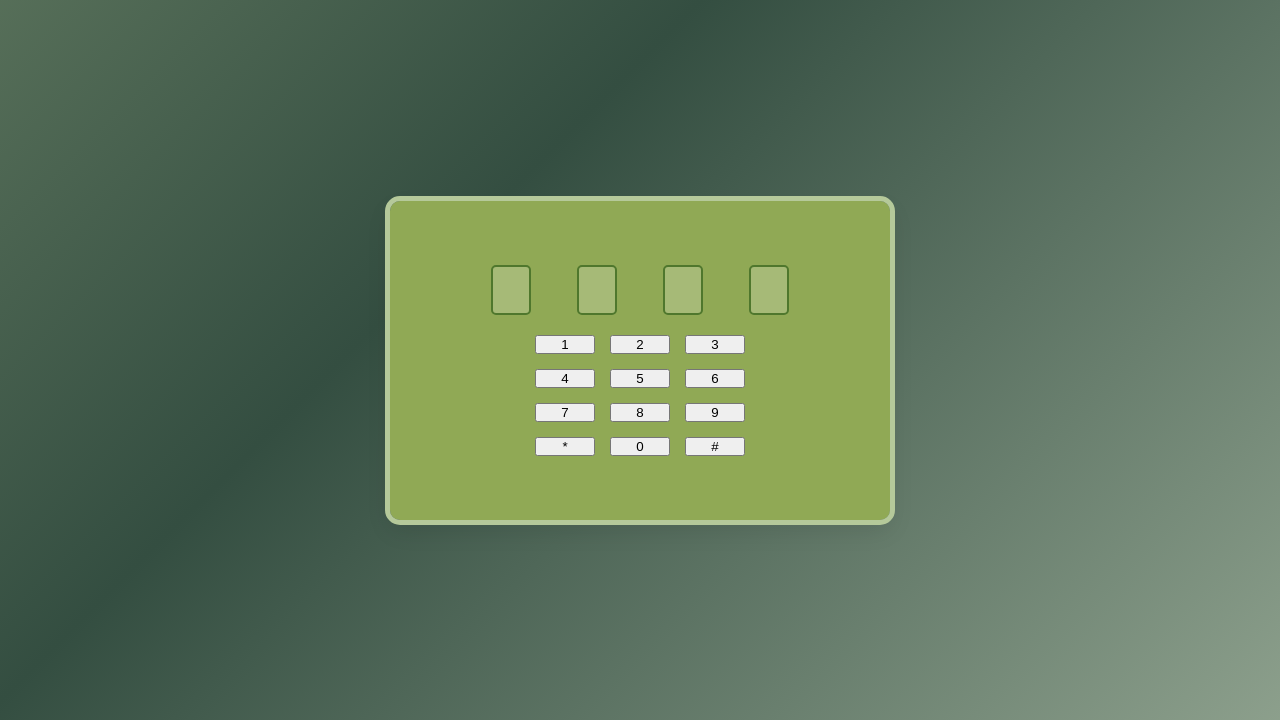
Repository: jahatesu/project-cutie
Page: index.html
The author's editor kept a copy of each file at every save. The page is drawn from the files as they stood at one save, then again after the next save.
The browser window is 1280 px wide. The pictures show the whole page.
Some web libraries are served in a nearby version.

Above is the page before, as saved 2025-08-14 21:04:34.
Console error: TypeError: Cannot read properties of null (reading 'getBoundingClientRect')

After the next save:
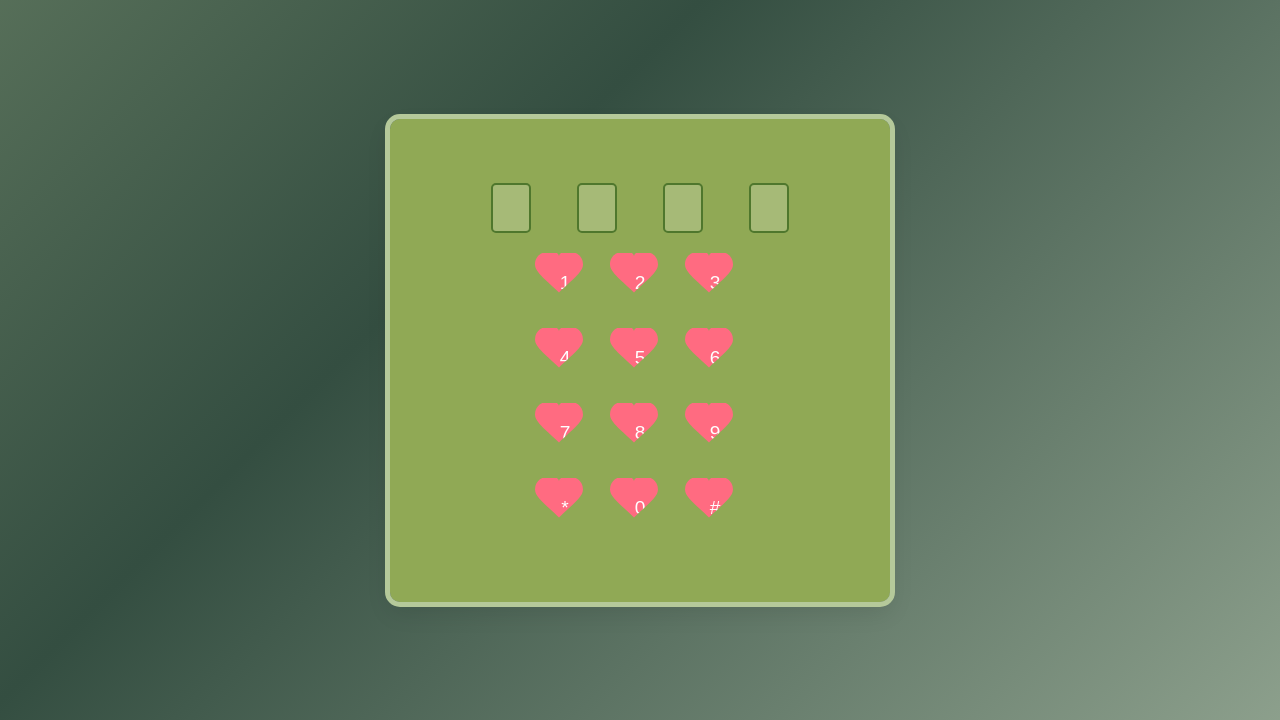
Saved 43 s later.
--- a/style.css
+++ b/style.css
@@ -78,6 +78,18 @@ body {
   gap: 15px;
 }
 
+.heart-pad button {
+  position: relative;
+  width: 60px;
+  height: 60px;
+  font-size: 1.2rem;
+  color: white;
+  border: none;
+  cursor: pointer;
+  background: #ff6b81;
+  clip-path: path("M24 4 C24 -4, 0 -4, 0 12 C0 20, 12 28, 24 40 C36 28, 48 20, 48 12 C48 -4, 24 -4, 24 4 Z");
+}
+
 /* .wrapper i {
   font-size: 50px;
   margin-bottom: 10px;
